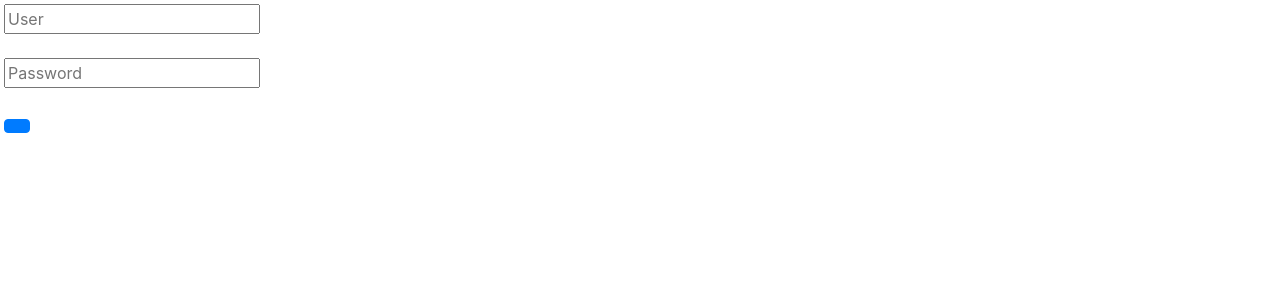
Repository: gfleitas/HTTPmethods
Page: index.html
The author's editor kept a copy of each file at every save. The page is drawn from the files as they stood at one save, then again after the next save.
The browser window is 1280 px wide. The pictures show the whole page.

Above is the page before, as saved 2019-08-26 12:05:45.

### index.html
<!DOCTYPE html>
<html lang="en">
<head>
    <meta charset="UTF-8">
    <meta name="viewport" content="width=device-width, initial-scale=1.0">
    <meta http-equiv="X-UA-Compatible" content="ie=edge">
    <title>Document</title>

    <link rel="stylesheet" href="https://stackpath.bootstrapcdn.com/bootstrap/4.3.1/css/bootstrap.min.css" integrity="sha384-ggOyR0iXCbMQv3Xipma34MD+dH/1fQ784/j6cY/iJTQUOhcWr7x9JvoRxT2MZw1T" crossorigin="anonymous">
</head>
<body>
    <div id="lpm">
        <form id="form">
            <input class="mt-1 ml-1" type="text" name="user" id="user" placeholder="User">
            <br>
            <br>
            <input class="ml-1" type="password" name="pass" id="pass" placeholder="Password">
            <br>
            <br>
            <button type="submit" class="btn btn-primary ml-1"></button>
        </form>
    </div>

    <script src="js/app.js"></script>

    <script src="https://code.jquery.com/jquery-3.3.1.slim.min.js" integrity="sha384-q8i/X+965DzO0rT7abK41JStQIAqVgRVzpbzo5smXKp4YfRvH+8abtTE1Pi6jizo" crossorigin="anonymous"></script>
    <script src="https://cdnjs.cloudflare.com/ajax/libs/popper.js/1.14.7/umd/popper.min.js" integrity="sha384-UO2eT0CpHqdSJQ6hJty5KVphtPhzWj9WO1clHTMGa3JDZwrnQq4sF86dIHNDz0W1" crossorigin="anonymous"></script>
    <script src="https://stackpath.bootstrapcdn.com/bootstrap/4.3.1/js/bootstrap.min.js" integrity="sha384-JjSmVgyd0p3pXB1rRibZUAYoIIy6OrQ6VrjIEaFf/nJGzIxFDsf4x0xIM+B07jRM" crossorigin="anonymous"></script>

</body>
</html>

### js/app.js
const form = document.querySelector('#form');
const form2 = document.querySelector('#form2');


form.addEventListener('submit', e =>{
    e.preventDefault();
    loginPOST();

    function loginPOST() {

        let user = document.getElementById("user").value
        let pass = document.getElementById("pass").value

        let objUser = JSON.stringify({"user" :user, "password" :pass});

        fetch("http://192.168.11.31:3000/login",
        {
            method: "POST",
            body: objUser,
            headers: {
                'Accept': 'application/json, text/plain, */*',
                'Content-Type': 'Application/json'
            }
        })
        .then(function(res){
            res.json()
            .then(function(objUser){
                localStorage.setItem("token", objUser.token)
                bodyPOST();
                console.log(objUser)
            })
        })
        .catch(function(res){ console.log(res) })
    }

    function bodyPOST() {

        lpm.innerHTML=`
        <input class="mt-1 ml-1" type="text" name="surname" id="surname" placeholder="Name">
        <br>
        <br>
        <input class="ml-1" type="text" name="surname" id="surname" placeholder="Surname">
        <br>
        <br>
        <button type="submit" class="btn btn-primary ml-1">Second endpoint</button>
        `

        let token = localStorage.getItem("token")


        let objBody = JSON.stringify({"name" : "Gabriel", "surname" : "Fleitas"})

        fetch("http://192.168.11.31:3000/test/body",
        {
            method: "POST",
            body : objBody,
            headers: {
                'Accept': 'application/json, text/plain, */*',
                'Content-Type': 'Application/json',
                'Authorization' : token
            }
        })
        .then(function(res){
            res.json()
            .then((res) => {
                console.log(res)
            })
        })
        .catch(function(res){ console.log(res) })
}

    queryGET();

    function queryGET (){

        let token = localStorage.getItem("token")

        fetch("http://192.168.11.31:3000/test/query?name=Gabriel&surname=Fleitas",
        {
            method: "GET",
            headers: {
                'Accept': 'Application/json',
                'Authorization' : token,
                'Content-Type': 'Application/json'
            }
        })
        .then(function(res){
        res.json()
            .then((res) => {
                console.log(res)
            })
        })
        .catch(function(res){ console.log(res) })
    }

    paramGET();

    function paramGET() {
        let token = localStorage.getItem("token")

        fetch("http://192.168.11.31:3000/test/params/Gabriel/Fleitas",
        {
            method: "GET",
            headers: {
                'Accept': 'Application/json',
                'Authorization' : token,
                'Content-Type': 'Application/json'
            }
        })
        .then(function(res){
            res.json()
            .then((res) => {
                console.log(res)
            })
        })
        .catch(function(res){ console.log(res) })

    }

})

After the next save:
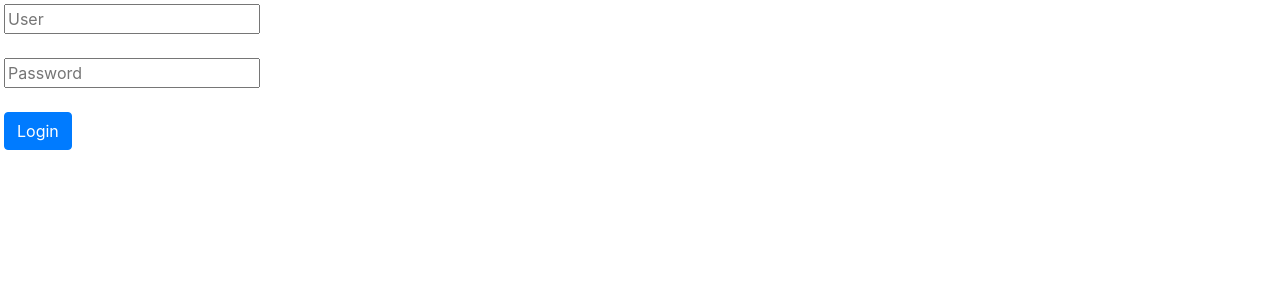
Saved 4 s later.
--- a/index.html
+++ b/index.html
@@ -17,7 +17,7 @@
             <input class="ml-1" type="password" name="pass" id="pass" placeholder="Password">
             <br>
             <br>
-            <button type="submit" class="btn btn-primary ml-1"></button>
+            <button type="submit" class="btn btn-primary ml-1">Login</button>
         </form>
     </div>
 
